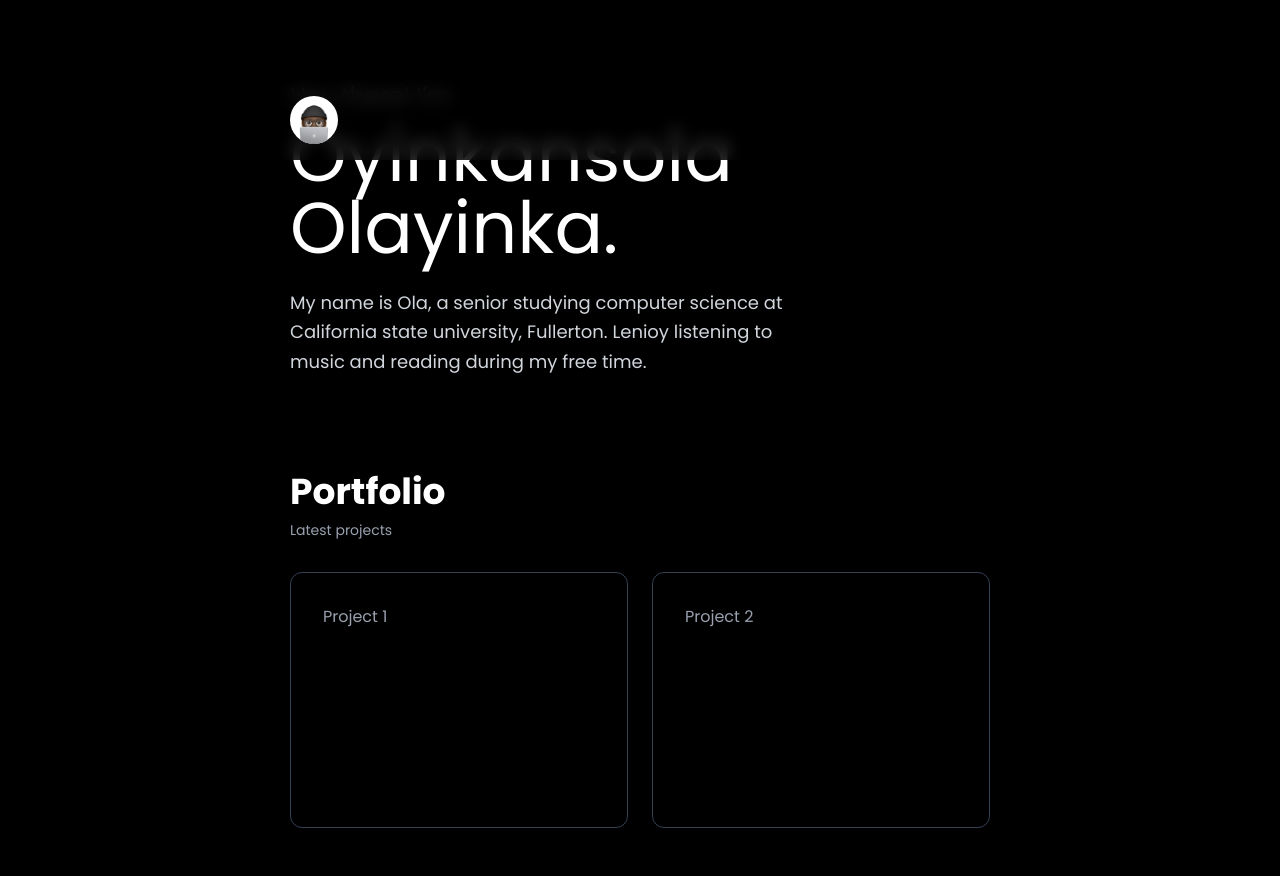
Repository: olasores/olasores-portfolio
Page: /
An editor plug-in stored every save of this project. The page is shown before and after the next save, followed by the edit.
The browser window is 1280 px wide. The pictures show the whole page.
The project was rebuilt for these pictures with package versions that can differ from the ones it lists, and the page was loaded fresh each time. The framework's server and built-in components were replaced by stand-ins that run in the browser. Also part of the build but not shown: next.config.ts.

Above is the page before, as saved 2025-11-11 12:48:47.

After the next save:
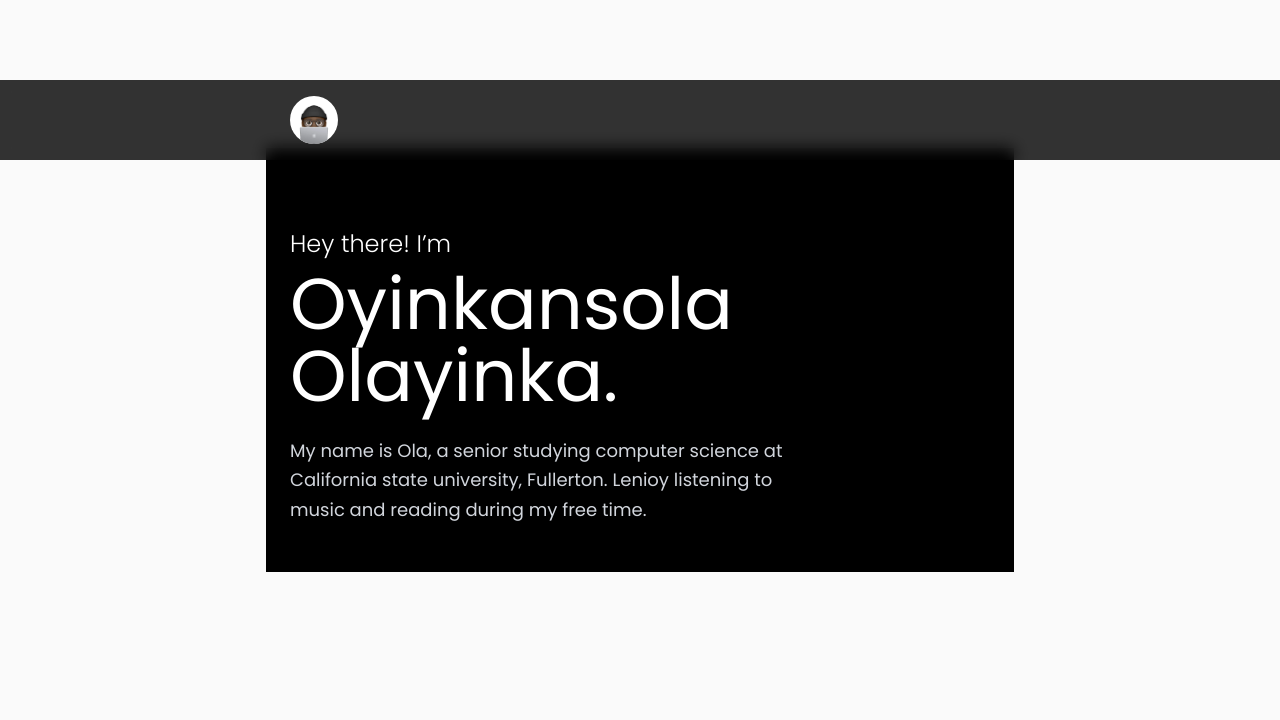
Saved 61 s later.
--- a/app/page.tsx
+++ b/app/page.tsx
@@ -1,9 +1,11 @@
+import Image from "next/image";
 import HomeSection from "./components/HomeSection";
 import Portfolio from "./components/Portfolio";
 
 export default function Home() {
   return (
-    <div className="flex flex-col bg-black">
+
+    <div className="flex min-h-screen items-center justify-center bg-zinc-50 font-sans dark:bg-black">
       <HomeSection />
       <Portfolio />
     </div>
--- a/app/components/Portfolio.tsx
+++ b/app/components/Portfolio.tsx
@@ -1,30 +1,8 @@
 export default function Portfolio() {
     return (
-        <div className="flex justify-center bg-black font-sans dark:bg-black px-6 py-12">
-            <div className="max-w-[700px] w-full flex flex-col gap-8">
-                {/* Section Title */}
-                <div>
-                    <h2 className="text-3xl md:text-4xl font-bold text-white mb-2">
-                        Portfolio
-                    </h2>
-                    <p className="text-gray-400 text-sm">
-                        Latest projects
-                    </p>
-                </div>
+        <div>
 
-                {/* Projects Grid */}
-                <div className="grid grid-cols-1 md:grid-cols-2 gap-6">
-                    {/* Project Card 1 */}
-                    <div className="border border-gray-700 rounded-xl p-8 min-h-64 hover:border-gray-500 transition">
-                        <div className="text-gray-400">Project 1</div>
-                    </div>
+        </div>
 
-                    {/* Project Card 2 */}
-                    <div className="border border-gray-700 rounded-xl p-8 min-h-64 hover:border-gray-500 transition">
-                        <div className="text-gray-400">Project 2</div>
-                    </div>
-                </div>
-            </div>
-        </div>
     );
 }
